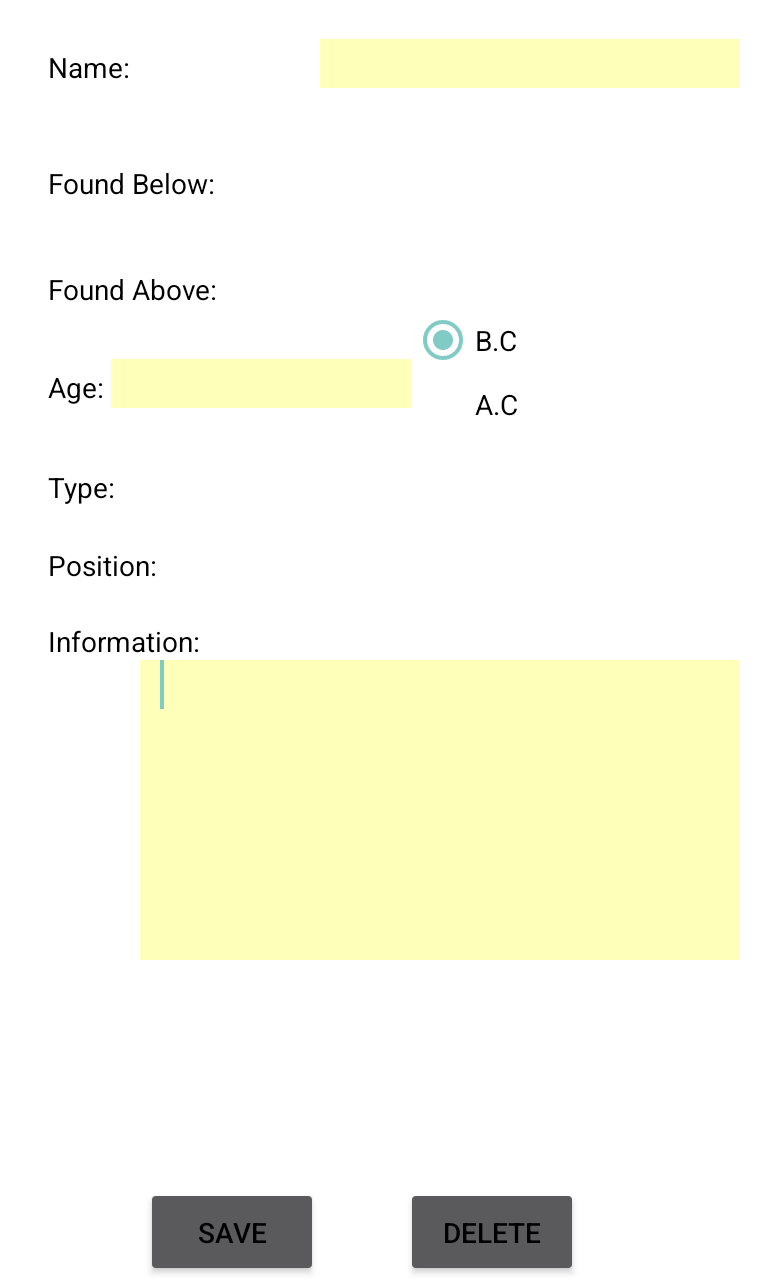
Repository: qfornaguera/AppQuelogy
Layout: AppQueology/res/layout/activity_artifact.xml
The author's editor kept a copy of each file at every save. The layout is drawn from the files as they stood at one save, then again after the next save.
It is drawn on a 768 x 1280 px phone screen (xhdpi) without system bars, with theme Theme.AppCompat; the app's code is not run.

Above is the layout before, as saved 2014-05-26 21:34:42.

### AppQueology/res/layout/activity_artifact.xml
<RelativeLayout xmlns:tools="http://schemas.android.com/tools"
    xmlns:android="http://schemas.android.com/apk/res/android"
    android:layout_width="wrap_content"
    android:layout_height="wrap_content"
    android:background="#ffffff"
    tools:context="com.example.appqueology.ArtifactActivity" >

	<ScrollView
	    android:layout_width="wrap_content"
	    android:layout_height="wrap_content" >

		<RelativeLayout
		    android:id="@+id/container"
		    android:layout_width="wrap_content"
		    android:layout_height="594dp"
		    android:background="#ffffff"
		    tools:ignore="MergeRootFrame" >

		    <EditText
		        android:id="@+id/editText1"
		        android:layout_width="wrap_content"
		        android:layout_height="wrap_content"
		        android:layout_alignBaseline="@+id/textView1"
		        android:layout_alignBottom="@+id/textView1"
		        android:layout_alignParentRight="true"
		        android:layout_marginRight="14dp"
		        android:background="#FEFFB8"
		        android:ems="10"
		        android:maxLength="25"
		        android:paddingLeft="10dp"
		        android:textColor="#000000" >

		    </EditText>

		    <TextView
		        android:id="@+id/textView1"
		        android:layout_width="wrap_content"
		        android:layout_height="wrap_content"
		        android:layout_alignParentLeft="true"
		        android:layout_alignParentTop="true"
		        android:layout_marginLeft="24dp"
		        android:layout_marginTop="24dp"
		        android:text="Name: "
		        android:textColor="#000000" />



		    <TextView
		        android:id="@+id/textView2"
		        android:layout_width="wrap_content"
		        android:layout_height="wrap_content"
		        android:layout_alignLeft="@+id/textView1"
		        android:layout_below="@+id/editText1"
		        android:layout_marginTop="38dp"
		        android:text="Found Below: "
		        android:textAppearance="?android:attr/textAppearanceSmall"
		        android:textColor="#000000" />

		    <TextView
		        android:id="@+id/textView3"
		        android:layout_width="wrap_content"
		        android:layout_height="wrap_content"
		        android:layout_alignBaseline="@+id/textView2"
		        android:layout_alignBottom="@+id/textView2"
		        android:layout_alignRight="@+id/editText1"
		        android:layout_toRightOf="@+id/textView2"
		        android:ems="10"
		        android:textColor="#000000" />

		    <TextView
		        android:id="@+id/textView4"
		        android:layout_width="wrap_content"
		        android:layout_height="wrap_content"
		        android:layout_alignLeft="@+id/textView2"
		        android:layout_below="@+id/textView2"
		        android:layout_marginTop="34dp"
		        android:text="Found Above: "
		        android:textAppearance="?android:attr/textAppearanceSmall"
		        android:textColor="#000000" />

		    <TextView
		        android:id="@+id/textView5"
		        android:layout_width="wrap_content"
		        android:layout_height="wrap_content"
		        android:layout_alignBaseline="@+id/textView4"
		        android:layout_alignBottom="@+id/textView4"
		        android:layout_alignParentRight="true"
		        android:layout_toRightOf="@+id/textView4"
		        android:textColor="#000000" />

		    <TextView
		        android:id="@+id/textView6"
		        android:layout_width="wrap_content"
		        android:layout_height="wrap_content"
		        android:layout_alignLeft="@+id/textView4"
		        android:layout_below="@+id/textView4"
		        android:layout_marginTop="30dp"
		        android:text="Age: "
		        android:textColor="#000000" />

		    <EditText
		        android:id="@+id/editText2"
		        android:layout_width="wrap_content"
		        android:layout_height="wrap_content"
		        android:layout_alignBaseline="@+id/textView6"
		        android:layout_alignBottom="@+id/textView6"
		        android:layout_toRightOf="@+id/textView6"
		        android:background="#FEFFB8"
		        android:ems="10"
		        android:inputType="numberSigned"
		        android:paddingLeft="10dp"
		        android:textColor="#000000"
		        android:width="150dp" />

		    <TextView
		        android:id="@+id/textView7"
		        android:layout_width="wrap_content"
		        android:layout_height="wrap_content"
		        android:layout_alignLeft="@+id/textView6"
		        android:layout_below="@+id/radioGroup1"
		        android:layout_marginTop="16dp"
		        android:text="Type: "
		        android:textColor="#000000" />

		    <RadioGroup
		        android:id="@+id/radioGroup1"
		        android:layout_width="wrap_content"
		        android:layout_height="wrap_content"
		        android:layout_below="@+id/textView5"
		        android:layout_toRightOf="@+id/editText2"
		        android:width="50dp" >

		        <RadioButton
		            android:id="@+id/radio0"
		            android:layout_width="wrap_content"
		            android:layout_height="wrap_content"
		            android:checked="true"
		            android:text="B.C"
		            android:textColor="#000000" />

		        <RadioButton
		            android:id="@+id/radio1"
		            android:layout_width="wrap_content"
		            android:layout_height="wrap_content"
		            android:text="A.C"
		            android:textColor="#000000" />
		    </RadioGroup>

		    <TextView
		        android:id="@+id/textView8"
		        android:layout_width="wrap_content"
		        android:layout_height="wrap_content"
		        android:layout_alignBottom="@+id/textView7"
		        android:layout_alignRight="@+id/textView3"
		        android:layout_toRightOf="@+id/textView1"
		        android:textColor="#000000" />

		    <TextView
		        android:id="@+id/textView9"
		        android:layout_width="wrap_content"
		        android:layout_height="wrap_content"
		        android:layout_alignLeft="@+id/textView7"
		        android:layout_below="@+id/textView7"
		        android:layout_marginTop="58dp"
		        android:text="Information: "
		        android:textColor="#000000" />

		    <TextView
		        android:id="@+id/textView10"
		        android:layout_width="wrap_content"
		        android:layout_height="wrap_content"
		        android:layout_alignLeft="@+id/textView7"
		        android:layout_below="@+id/textView7"
		        android:layout_marginTop="20dp"
		        android:text="Position:"
		        android:textColor="#000000" />

		    <Spinner
		        android:id="@+id/spinner1"
		        android:layout_width="wrap_content"
		        android:layout_height="wrap_content"
		        android:layout_alignLeft="@+id/editText1"
		        android:layout_alignTop="@+id/textView10" />

		    <EditText
		        android:id="@+id/editText3"
		        android:layout_width="300dp"
		        android:layout_height="150dp"
		        android:layout_alignRight="@+id/textView8"
		        android:layout_below="@+id/textView9"
		        android:background="#FEFFB8"
		        android:ems="10"
		        android:gravity="center_vertical|top"
		        android:inputType="textMultiLine"
		        android:paddingLeft="10dp"
		        android:textColor="#000000" >

		        <requestFocus />
		    </EditText>

		</RelativeLayout>
	</ScrollView>

    <Button
        android:id="@+id/delete"
        android:layout_width="wrap_content"
        android:layout_height="wrap_content"
        android:layout_alignParentBottom="true"
        android:layout_marginLeft="42dp"
        android:layout_toRightOf="@+id/save"
        android:text="Delete"
        android:textColor="#000000" />

    <Button
        android:id="@+id/save"
        android:layout_width="wrap_content"
        android:layout_height="wrap_content"
        android:layout_alignParentBottom="true"
        android:layout_alignParentLeft="true"
        android:layout_marginLeft="72dp"
        android:text="Save"
        android:textColor="#000000" />

</RelativeLayout>

After the next save:
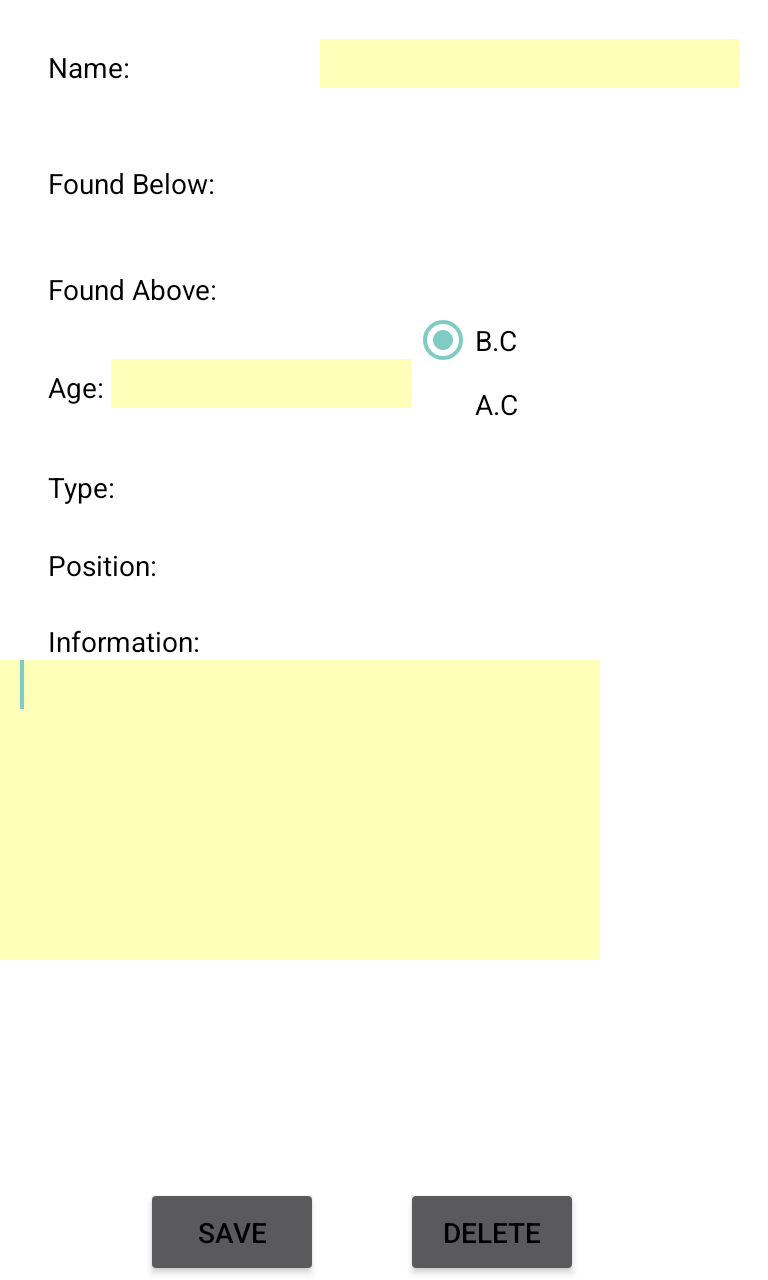
Saved 2 min 49 s later.
--- a/AppQueology/res/layout/activity_artifact.xml
+++ b/AppQueology/res/layout/activity_artifact.xml
@@ -186,7 +186,7 @@
 		        android:id="@+id/editText3"
 		        android:layout_width="300dp"
 		        android:layout_height="150dp"
-		        android:layout_alignRight="@+id/textView8"
+		        android:layout_alignParentLeft="true"
 		        android:layout_below="@+id/textView9"
 		        android:background="#FEFFB8"
 		        android:ems="10"
